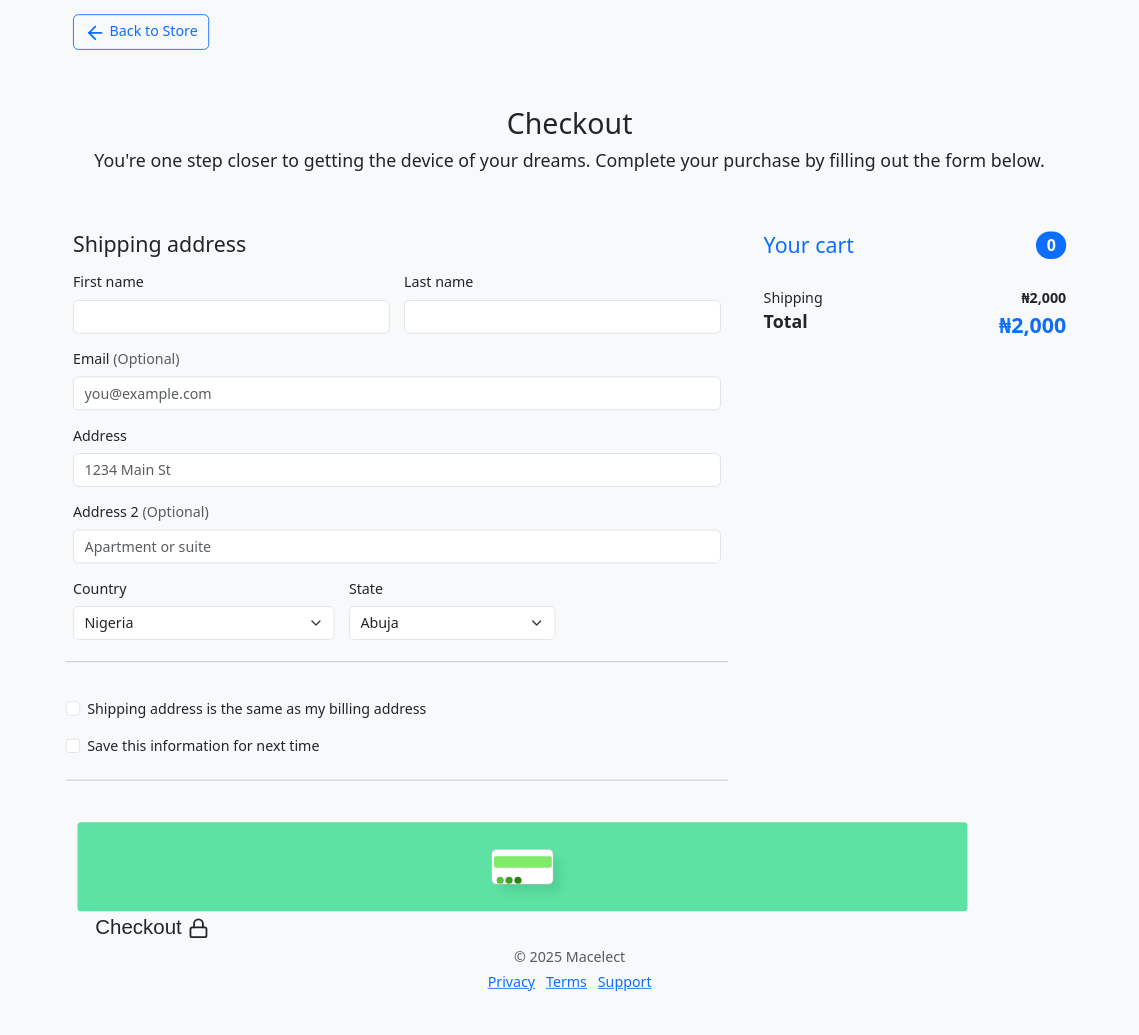
Repository: Davidobi21/macelect
Page: frontend/pages/checkout.html
The author's editor kept a copy of each file at every save. The page is drawn from the files as they stood at one save, then again after the next save.
The browser window is 1280 px wide. The pictures show the whole page, at 89% of full size.

Above is the page before, as saved 2025-05-06 10:13:18.

After the next save:
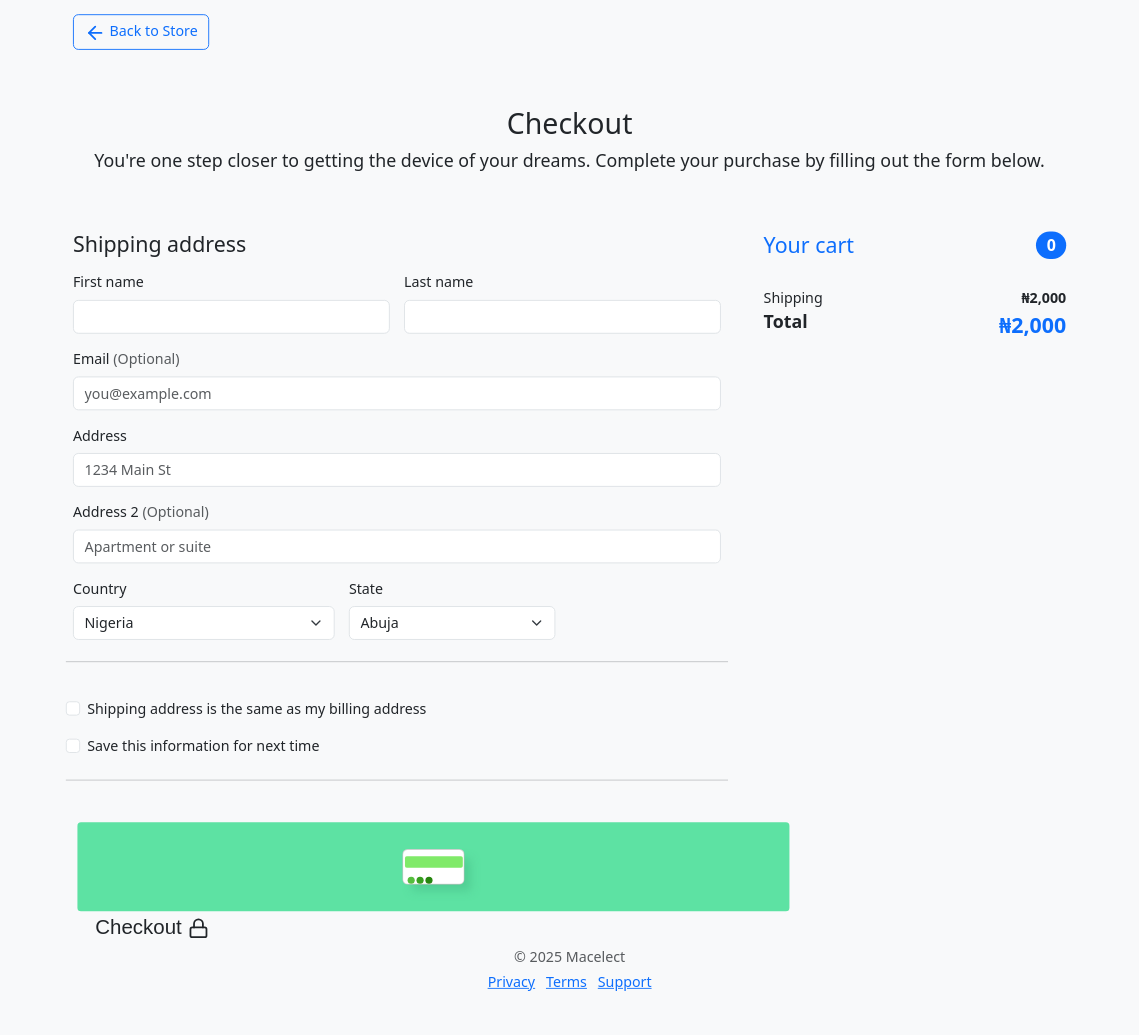
Saved 7 s later.
--- a/frontend/css/checkout.css
+++ b/frontend/css/checkout.css
@@ -19,7 +19,7 @@
 
   .left-side {
     background-color: #5de2a3;
-    width: 1000px;
+    width: 800px;
     height: 100px;
     border-radius: 4px;
     position: relative;
